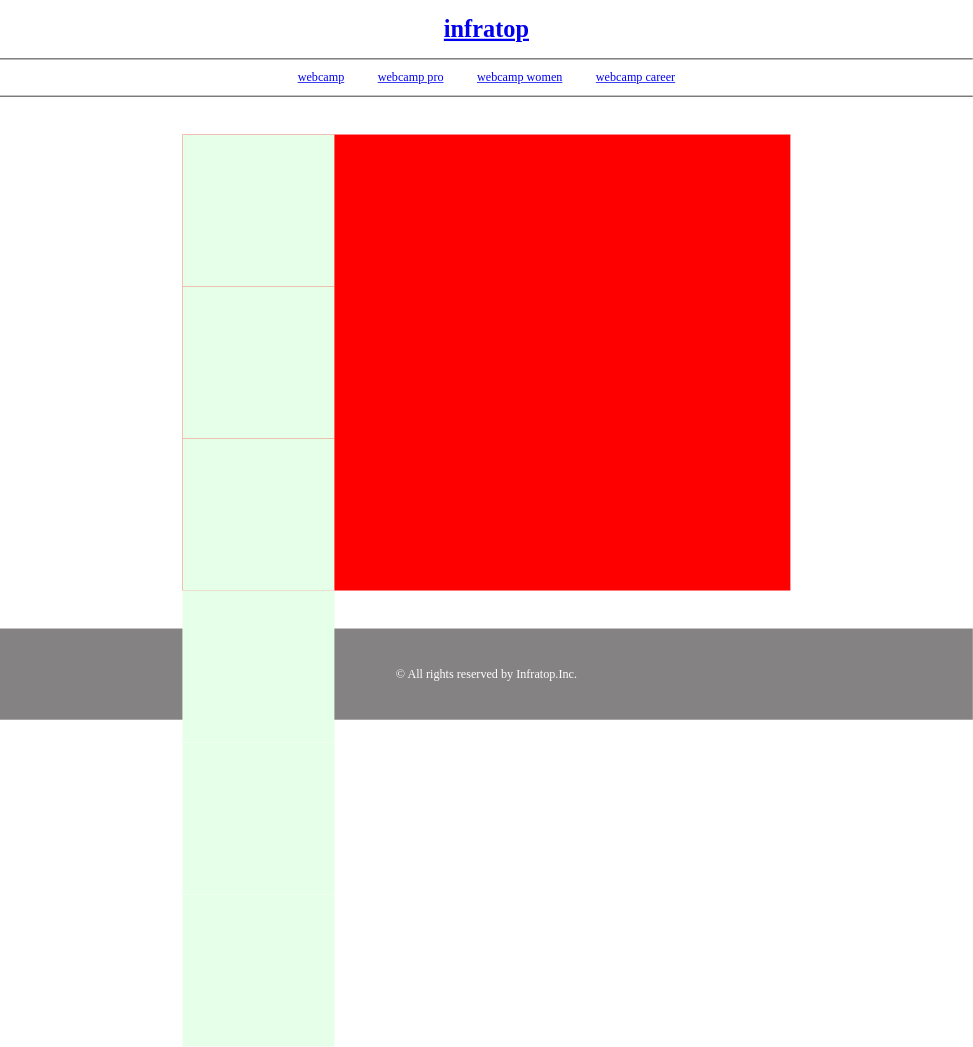
Repository: CarAll02/git-practice
Page: chapter5_exercise/index.html
The author's editor kept a record of every edit. The page is drawn from the files as they stood at one moment, then again after the next edit.
The browser window is 1280 px wide. The pictures show the whole page, at 76% of full size.

Above is the page before.

### chapter5_exercise/index.html
<!DOCTYPE html>
<html lang="ja">
  <head>
    <meta charset="UTF-8"/>
    <link rel="stylesheet" href="style.css"/>
    <title>chapter5_exercise</title>
  </head>

  <body>
    <!--header-->
    <header>
      <h1 class="heading">
        <a href="index.html">
          infratop
        </a>
      </h1>
    </header>

    <!--navigation-->
    <nav>
      <ul class="nav-list">
        <li class="nav-list-item">
          <a href="index.html">webcamp</a>
        </li>
        <li class="nav-list-item">
          <a href="index.html">webcamp pro</a>
        </li>
        <li class="nav-list-item">
          <a href="index.html">webcamp women</a>
        </li>
        <li class="nav-list-item">
          <a href="index.html">webcamp career</a>
        </li>
      </ul>
    </nav>

    <!--main用のdiv-->
    <div class="main">
      <div class="box">
        <div class="green1"></div>
        <div class="green2"></div>
        <div class="green3"></div>
        <div class="green4"></div>
        <div class="yellow1"></div>
        <div class="yellow2"></div>
        <div class="yellow3"></div>
        <div class="yellow4"></div>
        <div class="blue1"></div>
        <div class="blue2"></div>
        <div class="blue3"></div>
        <div class="blue4"></div>
      </div>
    </div>

    <!--footer-->
    <footer>
      <p class="footer-text">© All rights reserved by Infratop.Inc.</p>
    </footer>
  </body>
</html>

### chapter5_exercise/style.css
/*ブラウザがそれぞれ持っているCSSをリセットするための記述*/
* {
  margin:0;
  padding:0;
  box-sizing:border-box;
}

header{
  width:90%;
  padding:20px 0;
  margin:0 auto;
  text-align: center;
}

.nav-list{
  text-align: center;
  padding:15px 0;
  margin:0 auto;
  border:solid black;
  border-top-width: 1px;
  border-bottom-width: 1px;
  border-left-width:0px;
  border-right-width: 0px;
}

.nav-list-item{
  list-style: none;
  display: inline-block;
  margin:0 20px;
}

.main{
  width: 100%;
  height: 700px;
  display:flex;/*Flexboxの利用*/
  justify-content:center;/*子要素の横並び・中央寄せ*/
  padding:50px 0;
  margin:0 auto;/*中央寄せ（左右に余白が無いと出来ない)*/
}

.box{
  width: 800px;
  height: 600px;
  background-color: red;
}

.green1{
  width:200px;
  height: 200px;
  background-color: #e6ffe9;
}

.green2{
  width:200px;
  height: 200px;
  background-color: #e6ffe9;
}

.green3{
  width:200px;
  height: 200px;
  background-color: #e6ffe9;
}

.green4{
  width:200px;
  height: 200px;
  background-color: #e6ffe9;
}

.yellow1{
  width:200px;
  height: 200px;
  background-color: #e6ffe9;
}

.yellow2{
  width:200px;
  height: 200px;
  background-color: #e6ffe9;
}

.yellow1{
  width:200px;
  height: 200px;
  background-color: #e6ffe9;
}

.yellow1{
  width:200px;
  height: 200px;
  background-color: #e6ffe9;
}

footer{
  width:100%;
  height:120px;
  text-align: center;
  line-height: 120px;
  background-color: #848282;
}

.footer-text{
  color:#fff;
}

After the next edit:
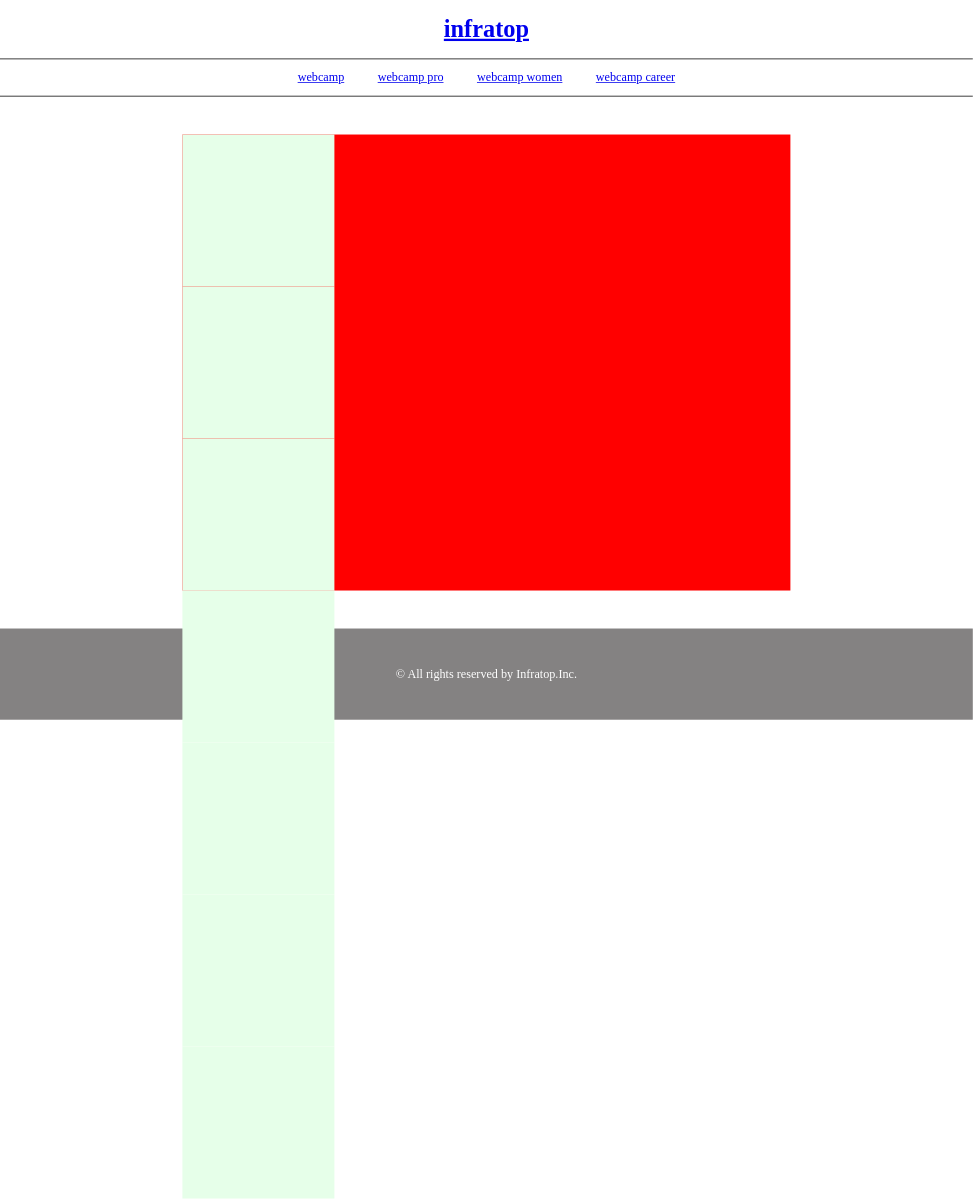
The edit:
--- a/chapter5_exercise/style.css
+++ b/chapter5_exercise/style.css
@@ -80,7 +80,7 @@
   background-color: #e6ffe9;
 }
 
-.yellow1{
+.yellow3{
   width:200px;
   height: 200px;
   background-color: #e6ffe9;
